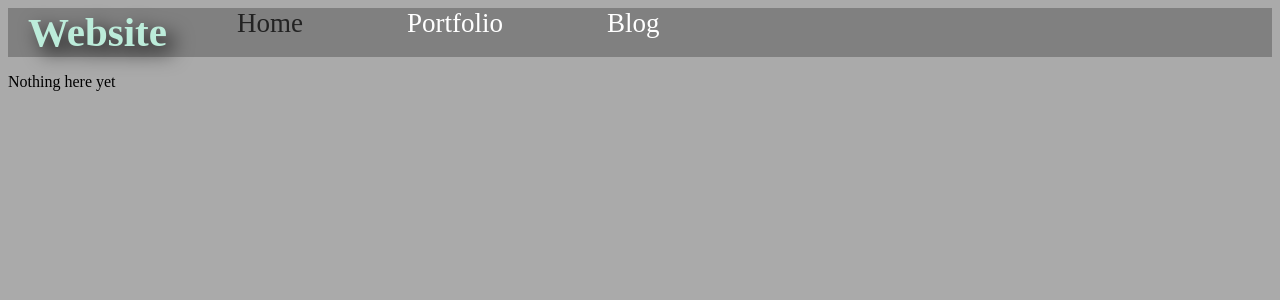
Repository: TundraGrassland/-TundraGrassland.github.io
Page: blog.html
The author's editor kept a record of every edit. The page is drawn from the files as they stood at one moment, then again after the next edit.
The browser window is 1280 px wide. The pictures show the whole page.

Above is the page before.

After the next edit:
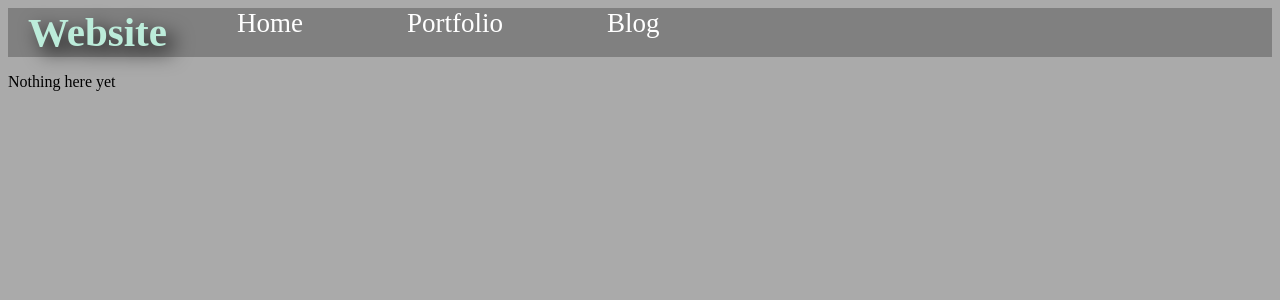
The edit:
--- a/blog.html
+++ b/blog.html
@@ -10,7 +10,7 @@
       <header>
             <h1>Website</h1>
             <ul>
-                <li><a class="interactive current" href="index.html">Home</a></li>
+                <li><a class="interactive" href="index.html">Home</a></li>
                 <li><a class="interactive" href="portfolio.html">Portfolio</a></li>
                 <li><a class="interactive" href="blog.html">Blog</a></li>
             </ul>
